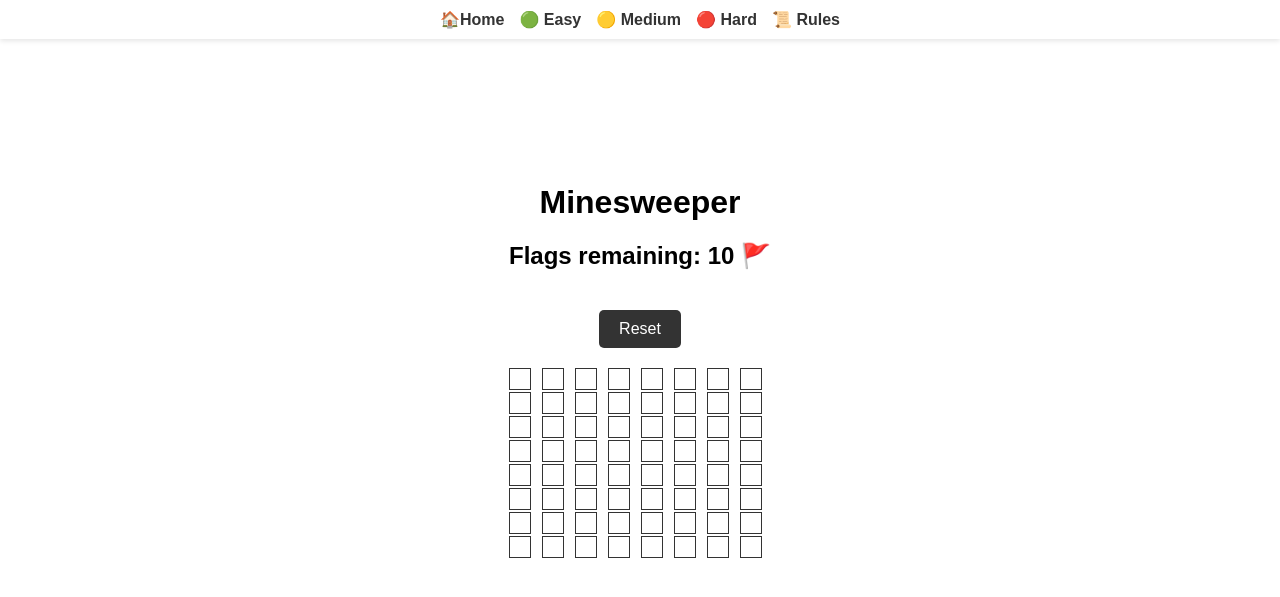
Repository: liwingy/-WingYee-_-Li-project2
Page: /game/easy
These files come from the project's save history. The page is drawn as it stood at one moment and after the next save; the edit follows.
The browser window is 1280 px wide. The pictures show the whole page.
The project was rebuilt for these pictures with package versions that can differ from the ones it lists, and the page was loaded fresh each time. Also part of the build but not shown: src/views/Homepage.css, src/views/Homepage.js, src/views/Rules.js.

Above is the page before, as saved 2024-11-11 20:51:26.

After the next save:
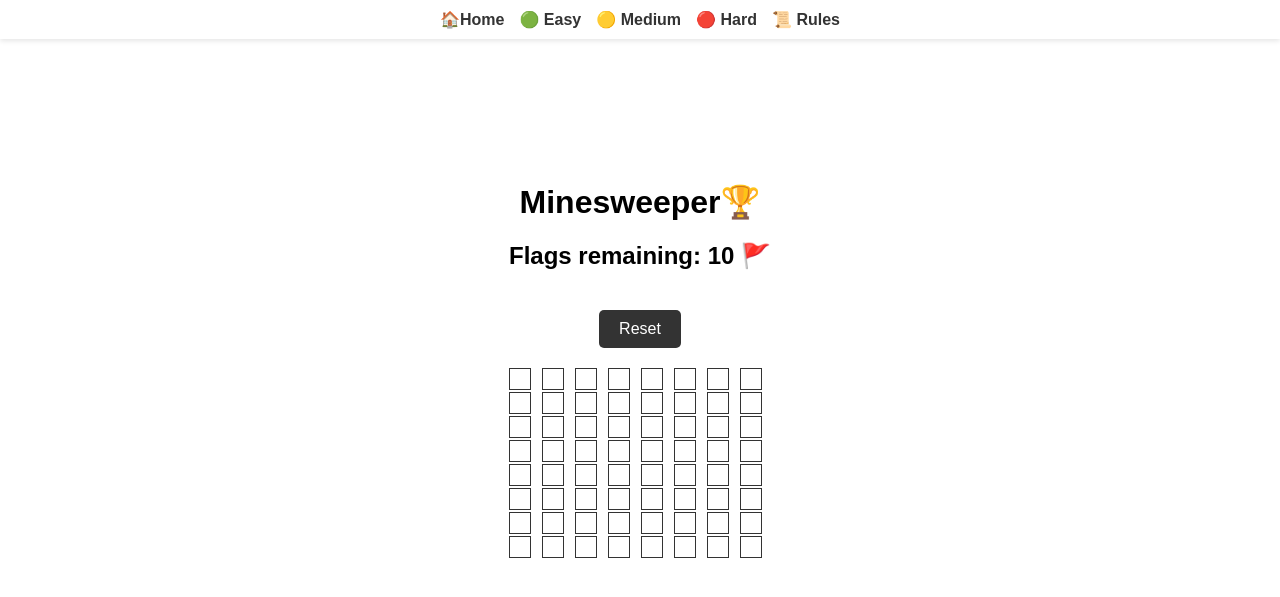
Saved 30 s later.
--- a/src/views/Game.js
+++ b/src/views/Game.js
@@ -157,7 +157,7 @@
   // Render the Minesweeper game
   return (
     <div>
-      <h1>{isGameOver ? "Game Over" : hasWon ? "You Won!" : "Minesweeper"}</h1>
+      <h1>{isGameOver ? "Game Over" : hasWon ? "You Won!" : "Minesweeper🏆"}</h1>
       <h2>Flags remaining: {flagCount} 🚩</h2>
       <button onClick={resetGame}>Reset</button>
       <div className="board" style={{ gridTemplateColumns: `repeat(${config.size}, 1fr)` }}>

After the save that followed:
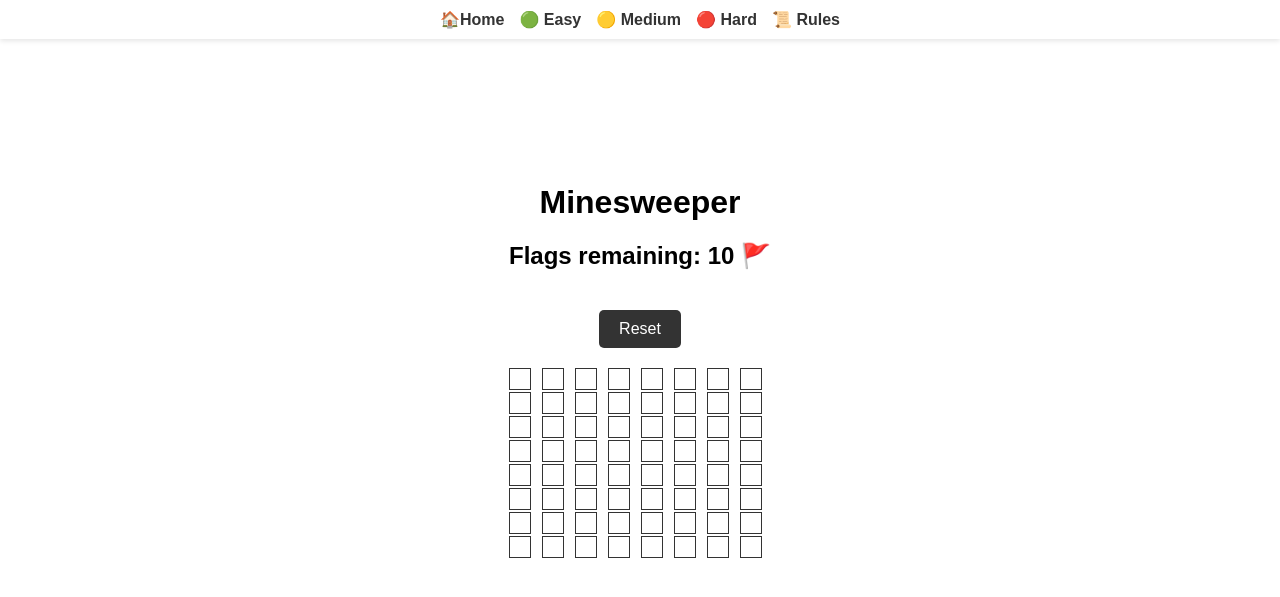
Saved 23 s later.
--- a/src/views/Game.js
+++ b/src/views/Game.js
@@ -157,7 +157,7 @@
   // Render the Minesweeper game
   return (
     <div>
-      <h1>{isGameOver ? "Game Over" : hasWon ? "You Won!" : "Minesweeper🏆"}</h1>
+      <h1>{isGameOver ? "Game Over" : hasWon ? "You Won!" : "Minesweeper"}</h1>
       <h2>Flags remaining: {flagCount} 🚩</h2>
       <button onClick={resetGame}>Reset</button>
       <div className="board" style={{ gridTemplateColumns: `repeat(${config.size}, 1fr)` }}>
